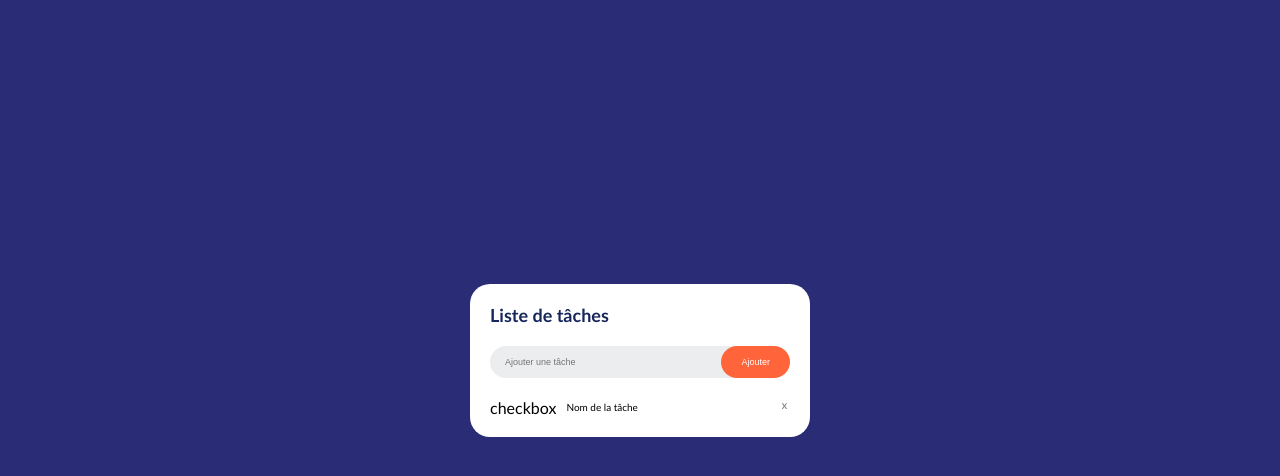
Repository: ndiemenguer/convertisseur
Page: / (app in todo-isep/)
These files come from the project's save history. The page is drawn as it stood at one moment and after the next save; the edit follows.
The browser window is 1280 px wide. The pictures show the whole page.
The project was rebuilt for these pictures with package versions that can differ from the ones it lists, and the page was loaded fresh each time. Also part of the build but not shown: todo-isep/vite.config.js, todo-isep/src/Application.jsx, todo-isep/src/index.css.

Above is the page before, as saved 2023-05-06 12:41:29.

After the next save:
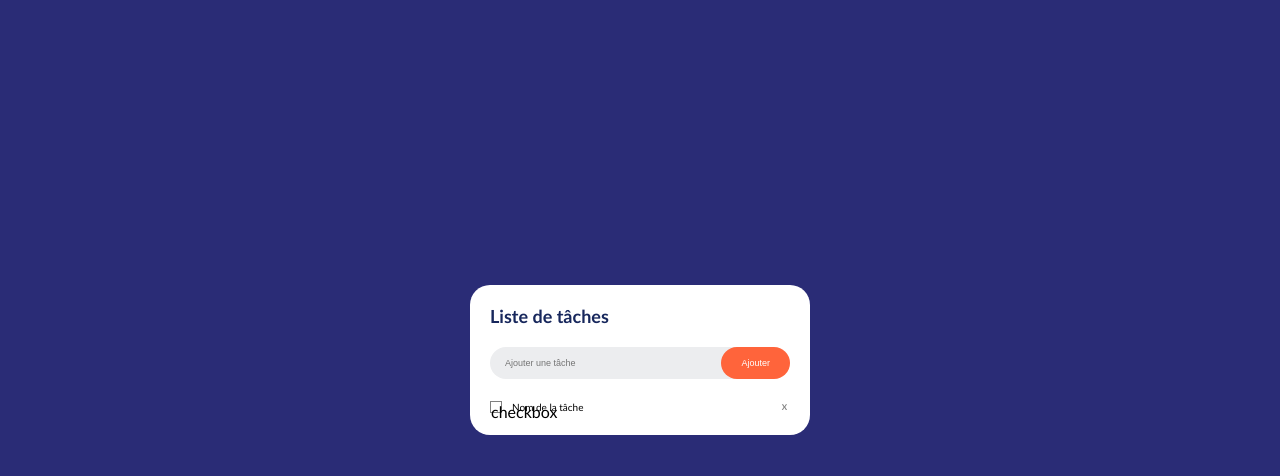
Saved 6 s later.
--- a/todo-isep/src/App.jsx
+++ b/todo-isep/src/App.jsx
@@ -16,7 +16,7 @@ function App() {
         <div className="todo-list">
           <div className="todo-box">
             <div className="todo-checkbox-name">
-              <div className="">checkbox</div>
+              <div className="checkbox">checkbox</div>
               <div className="todo-name">Nom de la tâche</div>
             </div>
             <div>
